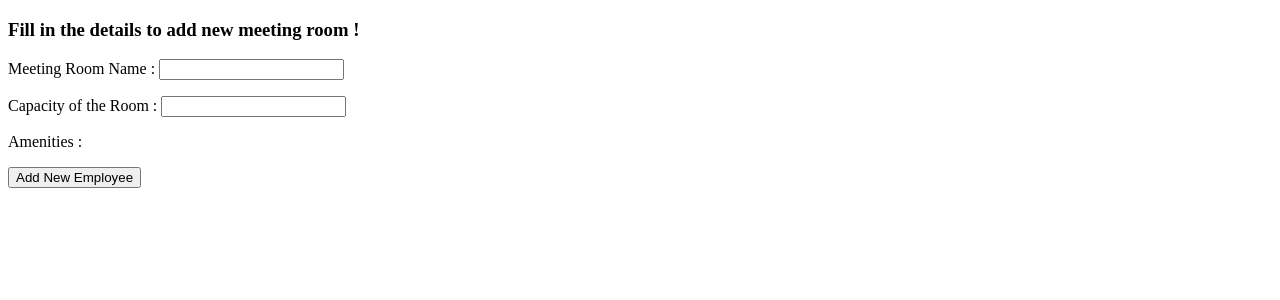
Repository: pavleen14/techyons-code-fury
Page: http://localhost/meetingroommanagement/addNewRoom.jsp
These files come from the project's save history. The page is drawn as it stood at one moment and after the next save; the edit follows.
The browser window is 1280 px wide. The pictures show the whole page.
The page is served by Tomcat 9.

Above is the page before, as saved 2021-09-25 11:49:28.

After the next save:
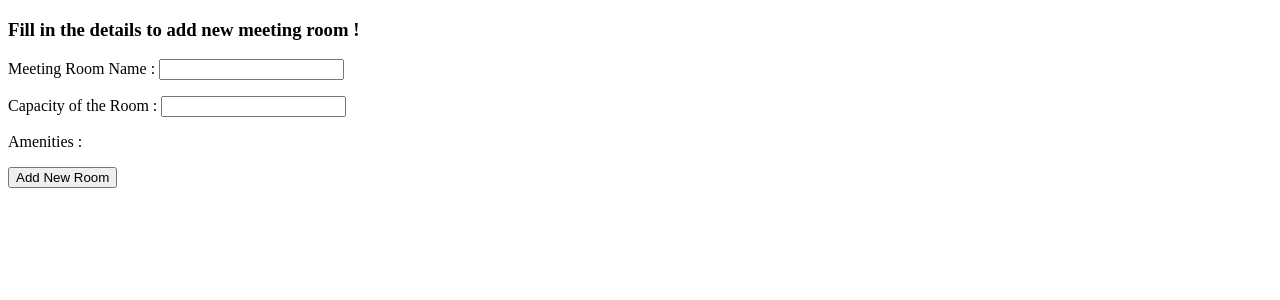
Saved 7 s later.
--- a/application/meetingroommanagement/src/main/webapp/addNewRoom.jsp
+++ b/application/meetingroommanagement/src/main/webapp/addNewRoom.jsp
@@ -27,7 +27,7 @@
    <input type="checkbox"  name="amenities" value="TV"> TV
    <input type="checkbox"  name="amenities" value="Coffee Machine"> Coffee Machine
    </e:forEach>
-   <input type ="submit" value ="Add New Employee">
+   <input type ="submit" value ="Add New Room">
 
 </form>
 <p>
